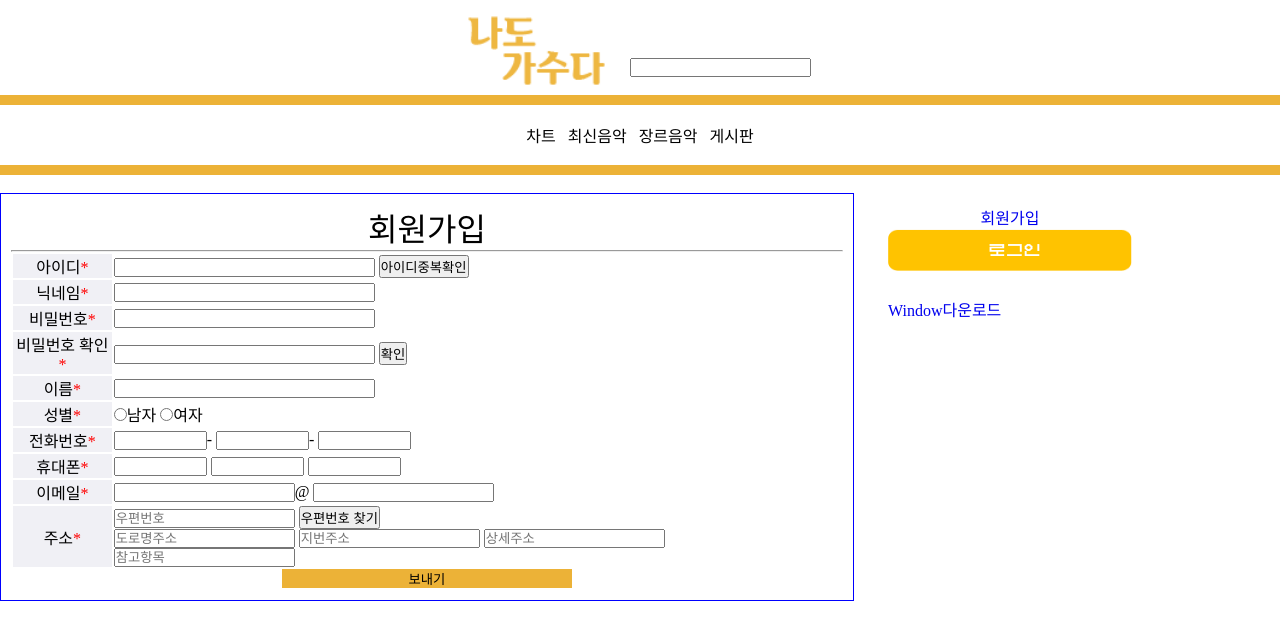
Repository: Ea-Bell/GraduationPortfolio
Page: http://localhost/WebTest/webTest/View/login/signUp.jsp
An editor plug-in stored every save of this project. The page is shown before and after the next save, followed by the edit.
The browser window is 1280 px wide. The pictures show the whole page.
The page is served by Tomcat 9. Nobody is signed in. The application's start-up code is not run.

Above is the page before, as saved 2020-09-16 08:36:19.

After the next save:
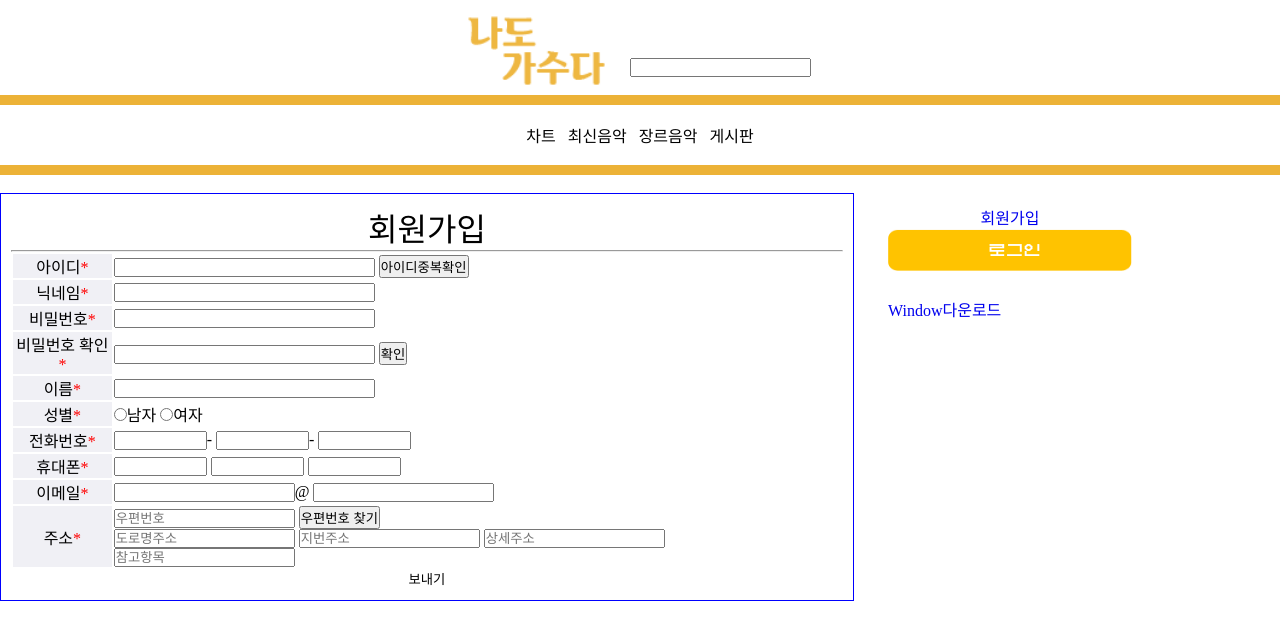
Saved 18 s later.
--- a/WEB_Server/WebTest/WebContent/webTest/View/login/signUp.jsp
+++ b/WEB_Server/WebTest/WebContent/webTest/View/login/signUp.jsp
@@ -164,7 +164,7 @@
 						<c:if test="errors.addr">주소를 입력하시오</c:if></td>
 				</tr>
 				<tr >
-					<td colspan="2" align="center" ><input  style="width: 35%; background: #ECB237; border: 0; outline: 0; " type="submit" value="보내기" name="btn2"
+					<td colspan="2" align="center" ><input  style="width: 35%; background: #ECB237; border: 0; outline: 0;  background-color: white;" type="submit" value="보내기" name="btn2"
 						onclick="Btn(2)" ></td>
 				</tr>
 			</table>

After the 2 saves that followed:
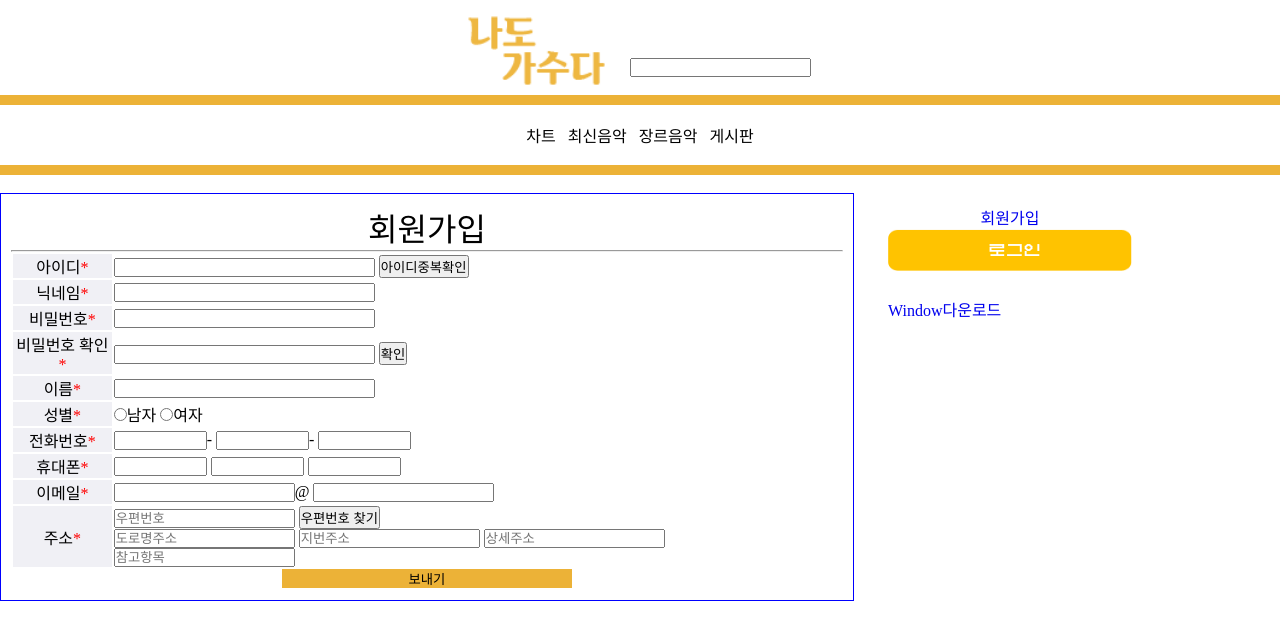
The 2 saves are shown as one change because they came seconds apart.
The last was saved 14 s later.
--- a/WEB_Server/WebTest/WebContent/webTest/View/login/signUp.jsp
+++ b/WEB_Server/WebTest/WebContent/webTest/View/login/signUp.jsp
@@ -164,7 +164,7 @@
 						<c:if test="errors.addr">주소를 입력하시오</c:if></td>
 				</tr>
 				<tr >
-					<td colspan="2" align="center" ><input  style="width: 35%; background: #ECB237; border: 0; outline: 0;  background-color: white;" type="submit" value="보내기" name="btn2"
+					<td colspan="2" align="center" ><input  style="width: 35%; background: #ECB237; border: 0; outline: 0; " type="submit" value="보내기" name="btn2"
 						onclick="Btn(2)" ></td>
 				</tr>
 			</table>
